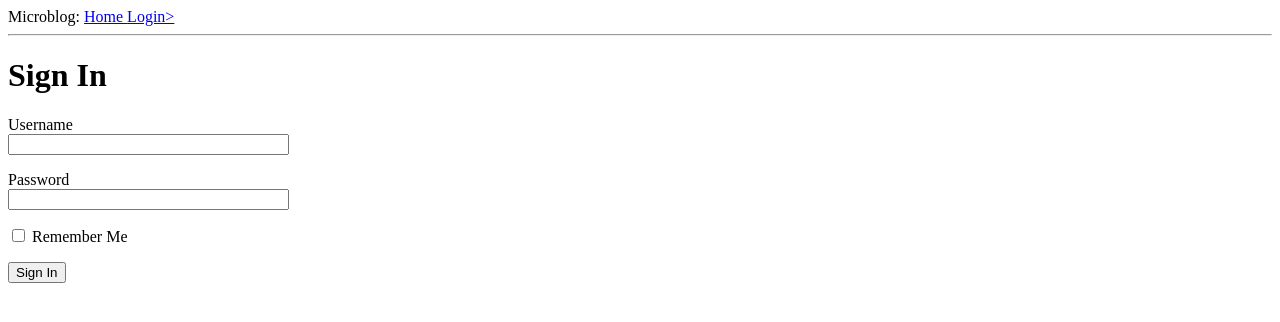
Repository: E-STAT/flask_with_miguel
Page: http://localhost/login
The author's editor kept a copy of each file at every save. The page is drawn from the files as they stood at one save, then again after the next save.
The browser window is 1280 px wide. The pictures show the whole page.
The page is served by the project's application, run on Flask 3 (app/__init__.py). Other server files are loaded and not shown.

Above is the page before, as saved 2020-11-04 16:00:30.

### app/templates/login.html
{% extends "base.html" %}

{% block content %}
    <h1>Sign In</h1>
    <form action="" method="POST" novalidate>
        {{ form.hidden_tag() }}
        <p>
            {{ form.username.label }}<br>
            {{ form.username(size=32) }}
            {% for error in form.username.errors %}
            <span style="color: red;">[{{ error}}]</span>
            {% endfor %}
        </p>
        <p>
            {{ form.password.label }}<br>
            {{ form.password(size=32) }}
            {% for error in form.password.errors %}
            <span style="color: red;"> [{{ error }}]</span>
            {% endfor %}
        </p>
        <p>{{ form.remember_me() }} {{ form.remember_me.label }}</p>
        <p>{{ form.submit() }}</p>
    </form>
{% endblock %}

### app/templates/base.html
<html>
    <head>
        {% if title %}
        <title>{{ title }} - Microblog</title>
        {% else %}
        <title> Welcome to Microblog!</title>
        {% endif %}
    </head>
    <body>
        <div> Microblog:
             <a href= {{ url_for('index')}}> Home </a>
             <a href={{ url_for('login')}}> Login> </a>
            </div>
        <hr>
        {% with messages = get_flashed_messages() %}
        {% if messages %}
        <ul>
            {% for  message in messages %}
            <li> {{ message }}</li>
            {% endfor %}
        </ul>
        {% endif %}
        {% endwith %}
        {% block content %} {% endblock %}
    </body>
</html>

### app/forms.py
from flask_wtf import FlaskForm
from wtforms import StringField, PasswordField, BooleanField, SubmitField
from wtforms.validators import DataRequired

class LoginForm(FlaskForm):

    username = StringField('Username', validators = [DataRequired()])
    password = PasswordField('Password', validators = [DataRequired()])
    remember_me = BooleanField('Remember Me')
    submit = SubmitField('Sign In')

### app/routes.py
from app import app
from flask import render_template, flash, redirect, url_for
from app.forms import LoginForm

@app.route('/')
@app.route('/index')
def index():
    user = {'username': 'Ernest'}

    posts = [
        {
            'author': {'username': 'Lanre'},
            'body': 'Beautiful day at Hub 67'},

        {
            'author': {'username': 'Ayomikun'},
            'body': 'She is a backend developer'}
    ]
    return render_template('index.html',title = 'Home', user = user, posts = posts)


@app.route('/login', methods = ["POST", "GET"])
def login():
    form = LoginForm()
    if form.validate_on_submit():
        flash('Login requested for user {}, remember_me={}'.format(
            form.username.data, form.remember_me.data
        ))
        return redirect(url_for('index'))
    return render_template('login.html', title = 'Sign In', form = form)

### app/__init__.py
from flask import Flask
from config import Config


app = Flask(__name__)
app.config.from_object(Config)


from app import routes

After the next save:
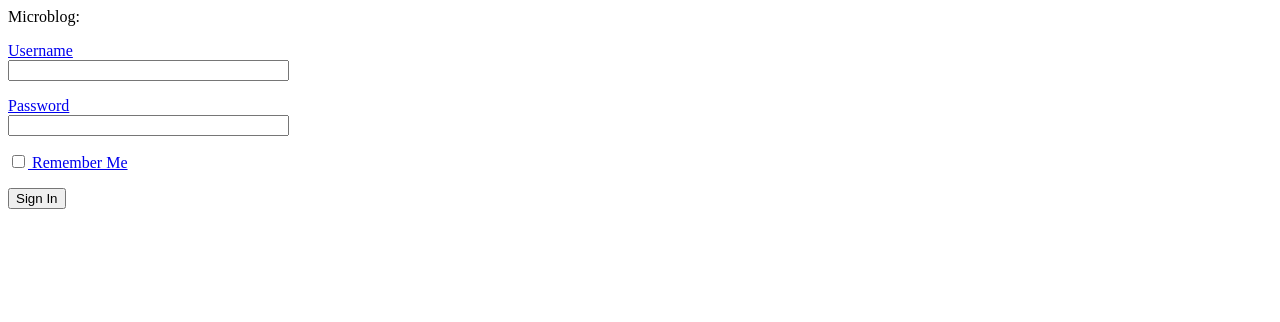
Saved 4 s later.
--- a/app/templates/base.html
+++ b/app/templates/base.html
@@ -8,7 +8,7 @@
     </head>
     <body>
         <div> Microblog:
-             <a href= {{ url_for('index')}}> Home </a>
+             <a href= "{{ url_for('index')}}> Home </a>
              <a href={{ url_for('login')}}> Login> </a>
             </div>
         <hr>

After the 3 saves that followed:
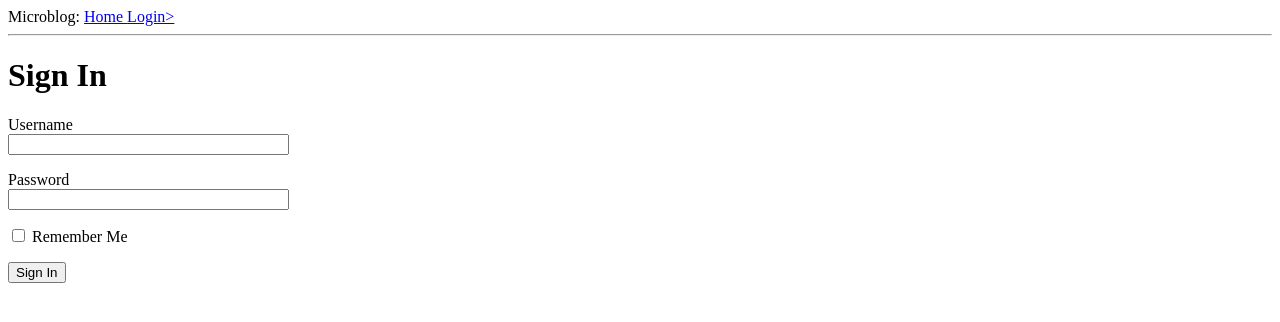
The 3 saves are shown as one change because 1 left the picture as it was and some came seconds apart.
The last was saved 13 s later.
--- a/app/templates/base.html
+++ b/app/templates/base.html
@@ -8,7 +8,7 @@
     </head>
     <body>
         <div> Microblog:
-             <a href= "{{ url_for('index')}}> Home </a>
+             <a href= "{{ url_for('index')}}""> Home </a>
              <a href={{ url_for('login')}}> Login> </a>
             </div>
         <hr>
